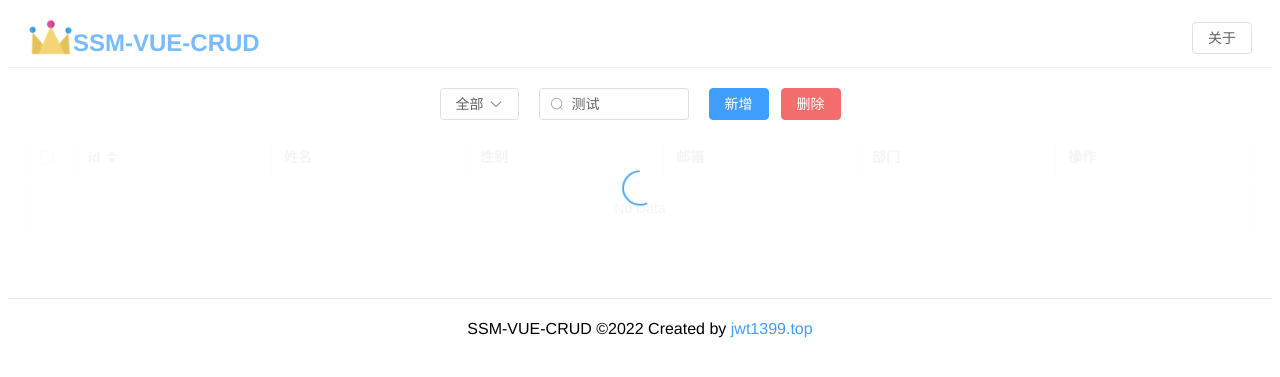
Repository: jwt1399/ssm-vue-crud
Page: / (app in ssm-crud-front/)
These files come from the project's save history. The page is drawn as it stood at one moment and after the next save; the edit follows.
The browser window is 1280 px wide. The pictures show the whole page.
The page's requests for data from a server got no answer. The project was rebuilt for these pictures with package versions that can differ from the ones it lists, and the page was loaded fresh each time. No one was signed in, and anything a server would have sent is missing. Also part of the build but not shown: ssm-crud-front/vue.config.js.

Above is the page before, as saved 2022-06-17 10:36:23.

After the next save:
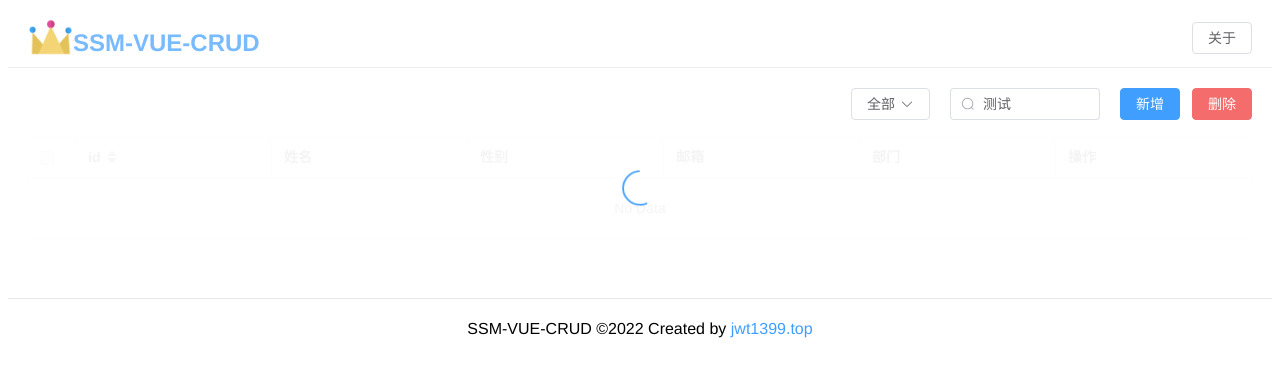
Saved 77 s later.
--- a/ssm-crud-front/src/views/CrudView.vue
+++ b/ssm-crud-front/src/views/CrudView.vue
@@ -456,7 +456,7 @@
 }
 .nav-item {
   display: flex;
-  justify-content:center;
+  justify-content:end;
 }
 
 .nav-search {

After the save that followed:
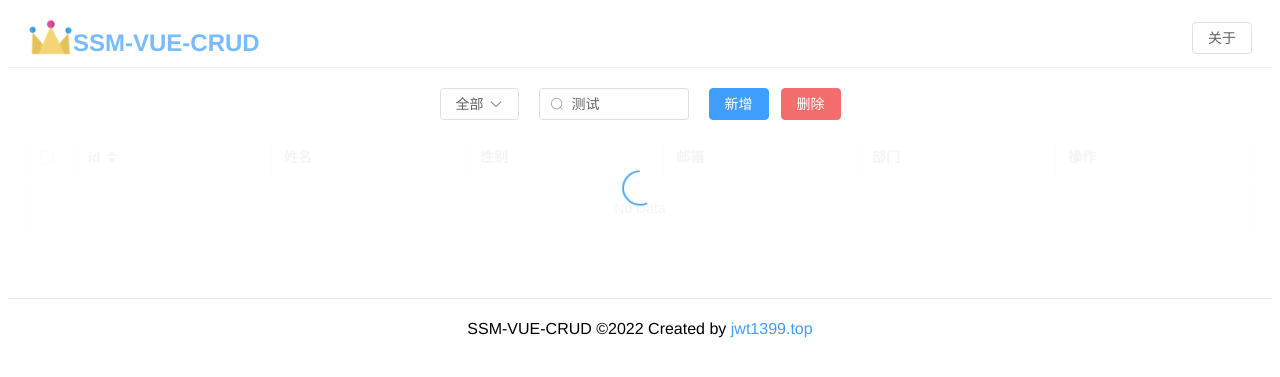
Saved 16 s later.
--- a/ssm-crud-front/src/views/CrudView.vue
+++ b/ssm-crud-front/src/views/CrudView.vue
@@ -456,7 +456,7 @@
 }
 .nav-item {
   display: flex;
-  justify-content:end;
+  justify-content:center;
 }
 
 .nav-search {
